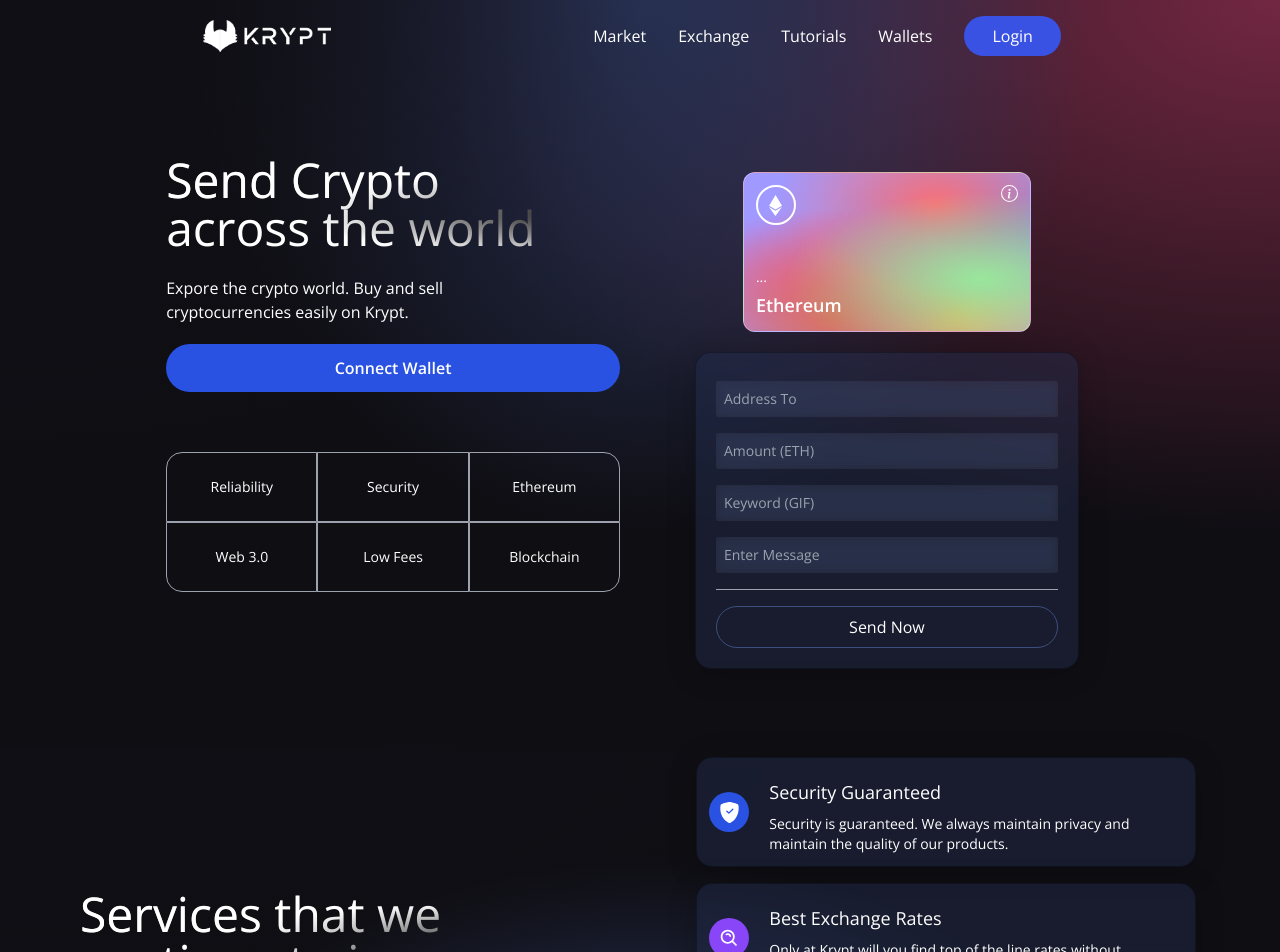
Repository: stephan-chiorean/krypt
Page: / (app in client/)
An editor plug-in stored every save of this project. The page is shown before and after the next save, followed by the edit.
The browser window is 1280 px wide. The pictures show the part of the page from y = 0 to 952 px (the page is 1755 px tall before and 720 px after).
The project was rebuilt for these pictures with package versions that can differ from the ones it lists, and the page was loaded fresh each time. Also part of the build but not shown: client/vite.config.js, client/src/components/Loader.jsx.

Above is the page before, as saved 2023-03-29 21:17:07.

After the next save:
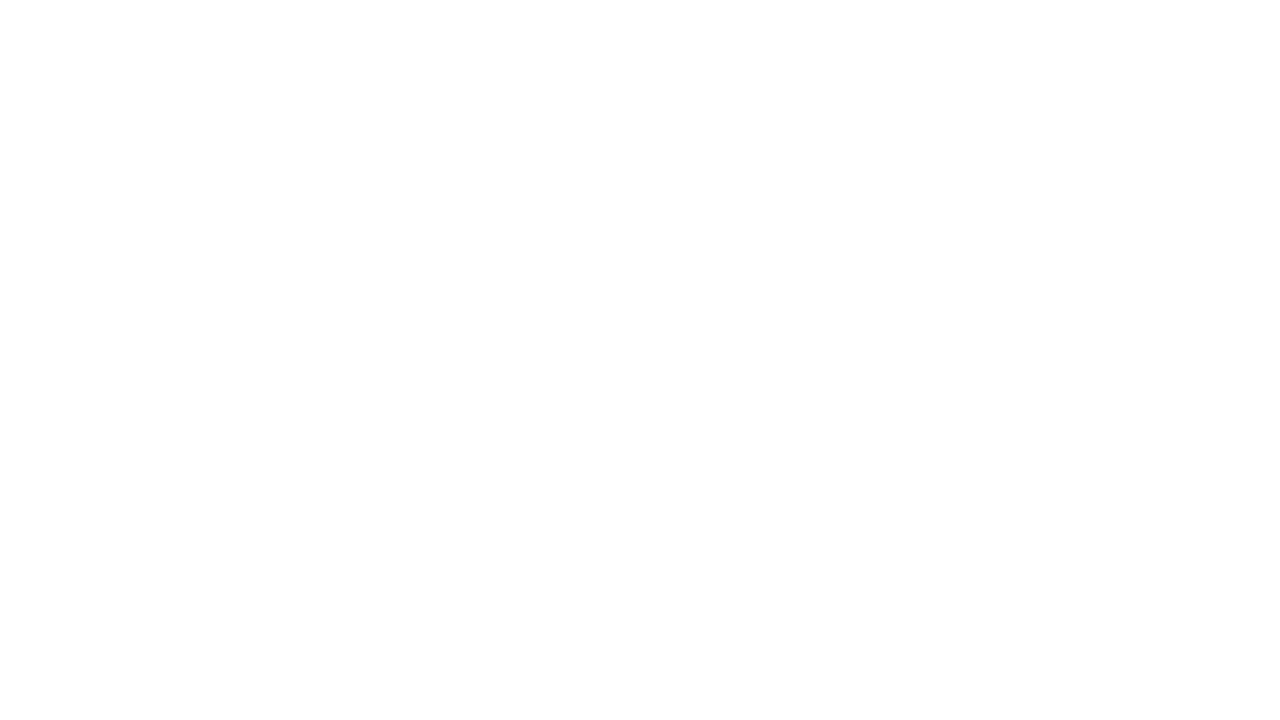
Console error: ReferenceError: keyword is not defined
Saved 3 min 9 s later.
--- a/client/src/components/Transactions.jsx
+++ b/client/src/components/Transactions.jsx
@@ -3,7 +3,13 @@ import { useContext } from 'react';
 import { TransactionContext } from '../context/TransactionContext';
 import dummyData from '../utils/dummyData';
 import { shortenAddress } from '../utils/shortenAddress';
-const TransactionCard = ({addressTo, addressFrom, timestamp, message, keyword, amount, url}) => (
+import useFetch from '../hooks/useFetch';
+
+
+
+const TransactionCard = ({addressTo, addressFrom, timestamp, message, keyword, amount, url}) => {
+  const gifUrl = useFetch({keyword})
+  return (
   <div className="bg-[#181918] m-4 flex flex-1 2xl:min-w-[450px] 2xl:max-w-[500px] sm:min-w-[270px] sm:max-w-[300px] flex-col p-3 rounded-md hover:shadow-2xl">
     <div className="flex flex-col items-center w-full mt-3">
       <div className="justify-start w-full mb-6 p-2">
@@ -25,6 +31,8 @@ const TransactionCard = ({addressTo, addressFrom, timestamp, message, keyword, a
           </>
         )}
 
+        <img src={gifUrl | url} alt="gif" className="w-full h-64 2xl:h-96 rounded-md shadow-lg object-cover"/>
+
         <div className="bg-black p-3 px-5 w-max rounded-3xl -mt-5 shadow-2xl">
           <p className="text-[#37c7da] font-bold">
             {timestamp}
@@ -35,7 +43,7 @@ const TransactionCard = ({addressTo, addressFrom, timestamp, message, keyword, a
 
   </div>
 
-)
+)}
 export default() => {
   const {connectedAccount} = useContext(TransactionContext);
   return (

After the save that followed:
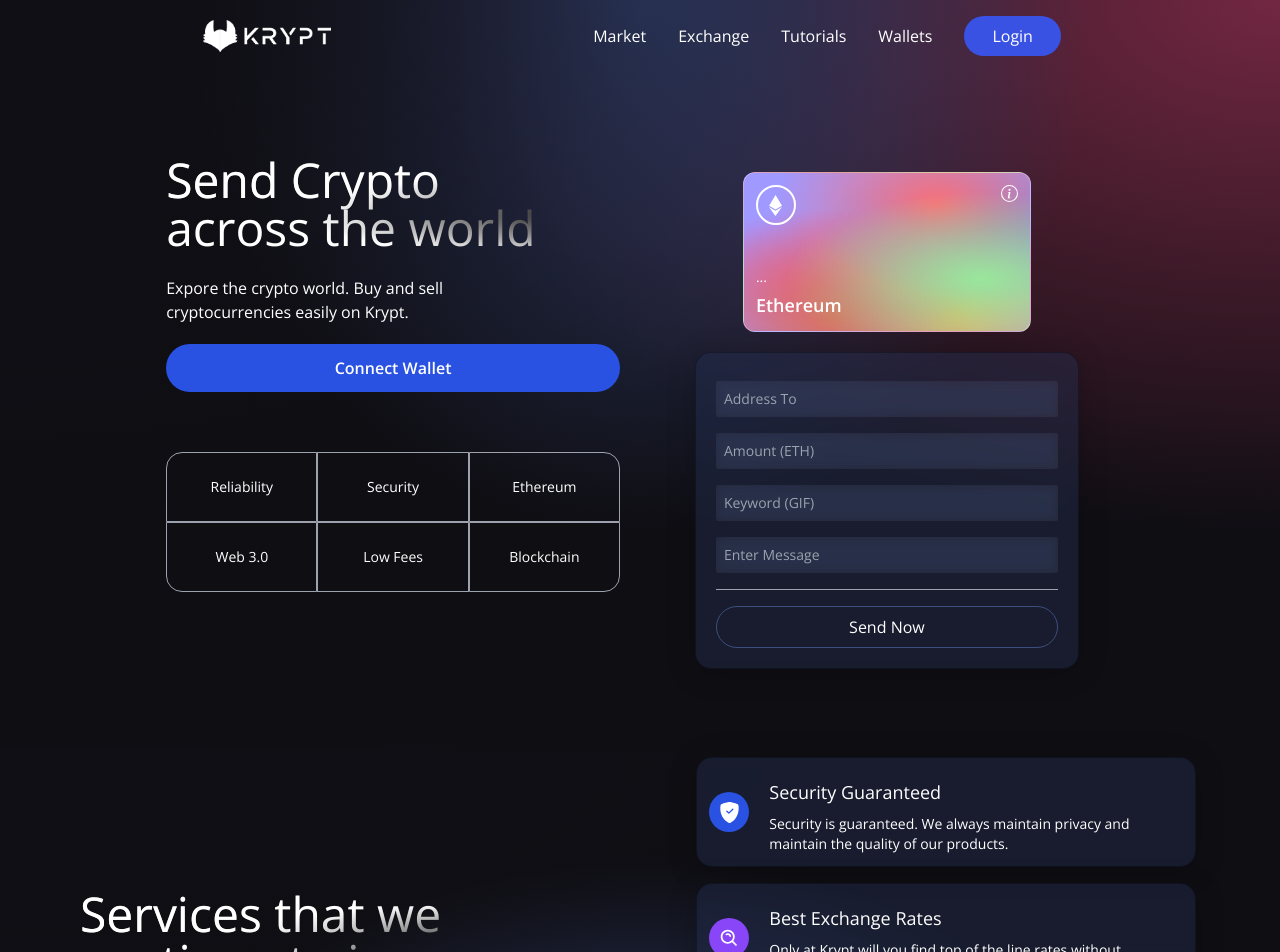
The error is gone.
Saved 46 s later.
--- a/client/src/hooks/useFetch.jsx
+++ b/client/src/hooks/useFetch.jsx
@@ -2,7 +2,7 @@ import { useState } from "react";
 import { useEffect } from "react";
 
 const API_KEY = import.meta.env.VITE_GIPHY_API;
-const useFetch = () => {
+const useFetch = ({keyword}) => {
     const [gifUrl, setGifUrl] = useState("")
 
     const fetchGifs = async() => {
